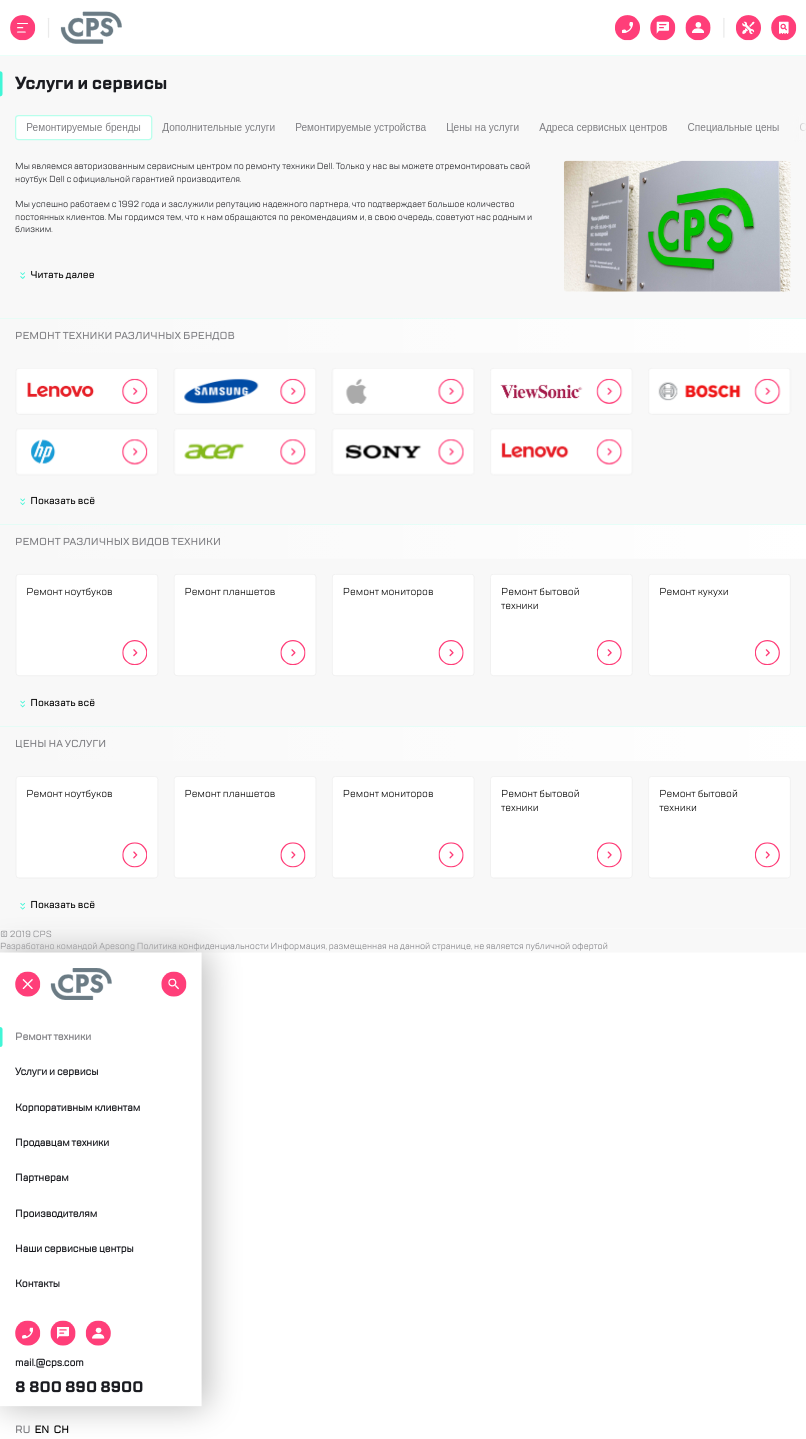
Repository: Dedoxa/WebCoreF
Page: /
The author's editor kept a copy of each file at every save. The page is drawn from the files as they stood at one save, then again after the next save.
The browser window is 1280 px wide. The pictures show the whole page, at 63% of full size.
The project was rebuilt for these pictures with package versions that can differ from the ones it lists, and the page was loaded fresh each time. Also part of the build but not shown: webpack.config.js.

Above is the page before, as saved 2024-06-14 16:52:00.

After the next save:
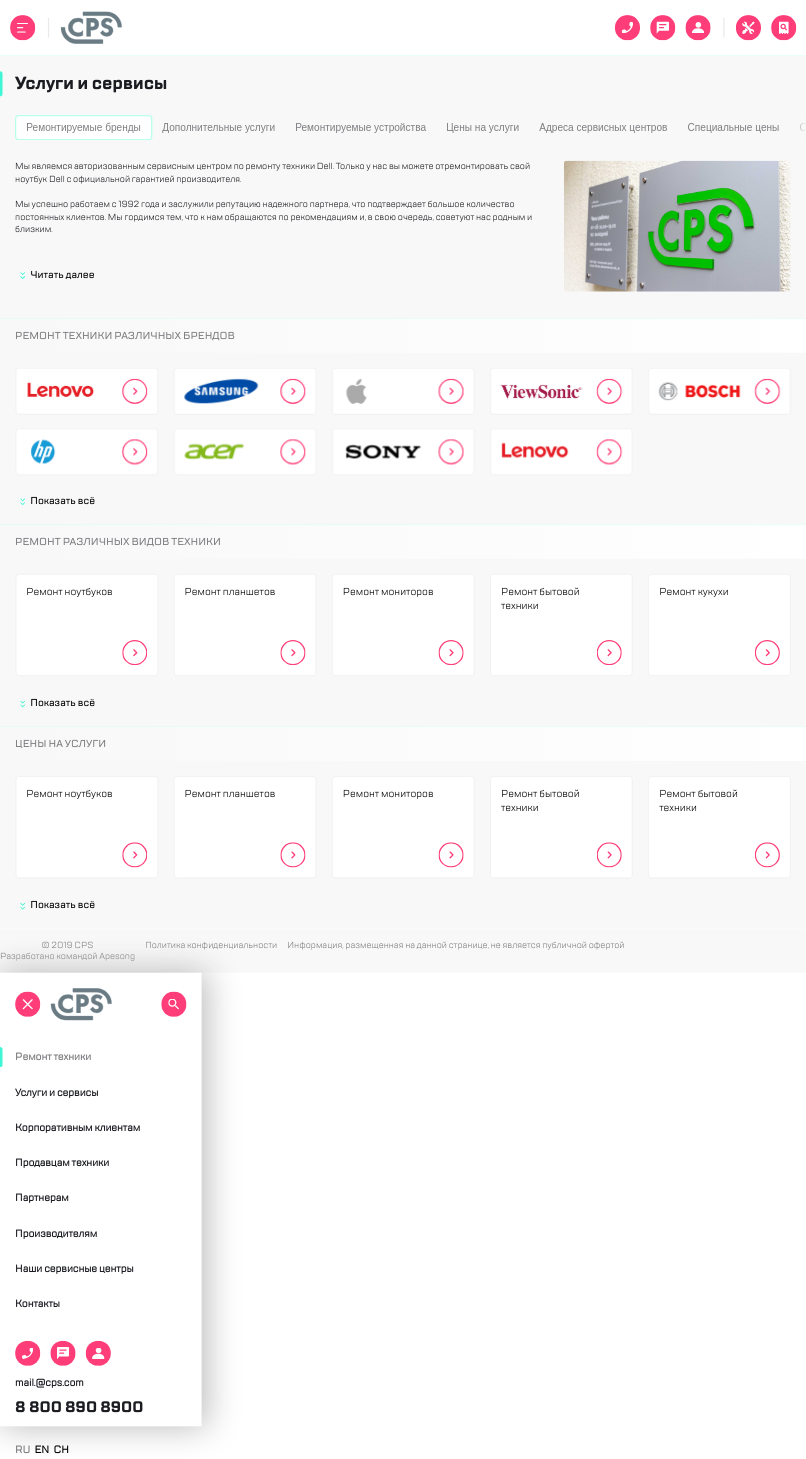
Saved 12 s later.
--- a/src/index.html
+++ b/src/index.html
@@ -292,7 +292,7 @@
         </div>
       </section>
       <footer class="footer">
-        <div class="footer-wrapper">
+        <div class="footer__wrapper">
           <span>© 2019 CPS<br>Разработано командой Apesong</span>
           <span>Политика конфиденциальности</span>
           <span>Информация, размещенная на данной странице, не является публичной офертой</span>
